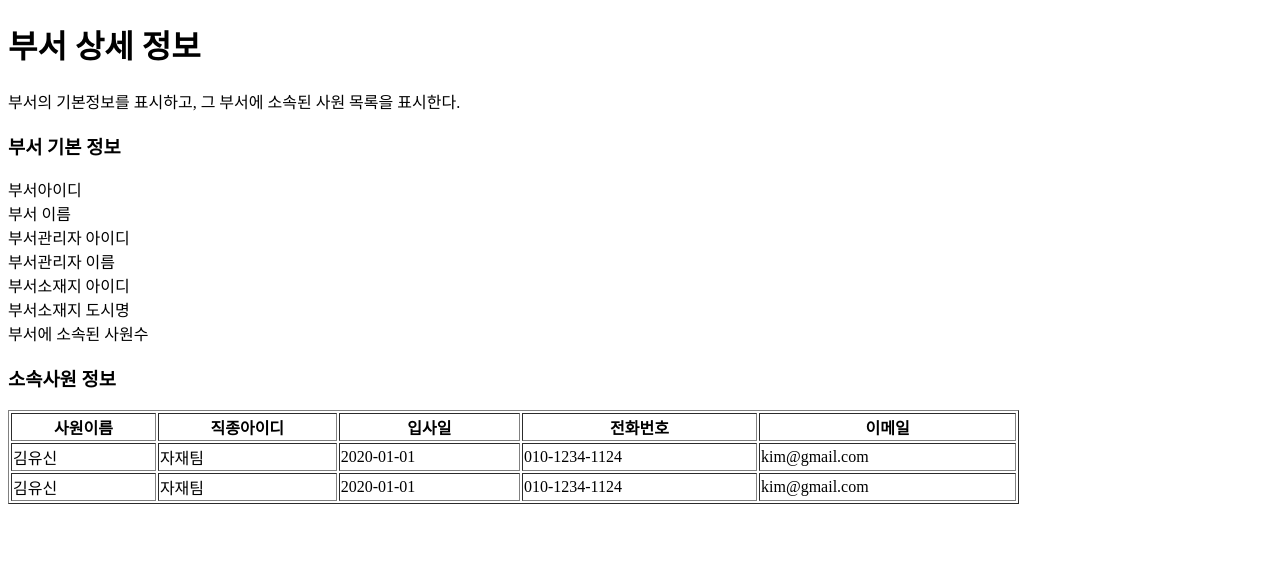
Repository: onuo77/HTA
Page: http://localhost/sample/hr/dept/detail.jsp
An editor plug-in stored every save of this project. The page is shown before and after the next save, followed by the edit.
The browser window is 1280 px wide. The pictures show the whole page.
The page is served by Tomcat 9. Other server files are loaded and not shown.

Above is the page before, as saved 2021-05-21 00:49:23.

### java-web/sample/src/main/webapp/hr/dept/detail.jsp
<%@ page language="java" contentType="text/html; charset=UTF-8"
    pageEncoding="UTF-8"%>
<!DOCTYPE html>
<html>
<head>
<meta charset="UTF-8">
<title>인사관리 :: 부서관리</title>
</head>
<body>
	<h1>부서 상세 정보</h1>
	<p>
		부서의 기본정보를 표시하고, 그 부서에 소속된 사원 목록을 표시한다.
	</p>

	<h3>부서 기본 정보</h3>
	<dl>
		<dt>부서아이디</dt><dd></dd>
		<dt>부서 이름</dt><dd></dd>
		<dt>부서관리자 아이디</dt><dd></dd>
		<dt>부서관리자 이름</dt><dd></dd>
		<dt>부서소재지 아이디</dt><dd></dd>
		<dt>부서소재지 도시명</dt><dd></dd>
		<dt>부서에 소속된 사원수</dt><dd></dd>
	</dl>

	<h3>소속사원 정보</h3>
	<table border="1" style="width: 80%">
		<thead>
			<tr>
				<th>사원이름</th>
				<th>직종아이디</th>
				<th>입사일</th>
				<th>전화번호</th>
				<th>이메일</th>
			</tr>
		</thead>
		<tbody>
			<tr>
				<td>김유신</td>
				<td>자재팀</td>
				<td>2020-01-01</td>
				<td>010-1234-1124</td>
				<td>kim@gmail.com</td>
			</tr>
			<tr>
				<td>김유신</td>
				<td>자재팀</td>
				<td>2020-01-01</td>
				<td>010-1234-1124</td>
				<td>kim@gmail.com</td>
			</tr>
		</tbody>
	</table>
</body>
</html>

After the next save:
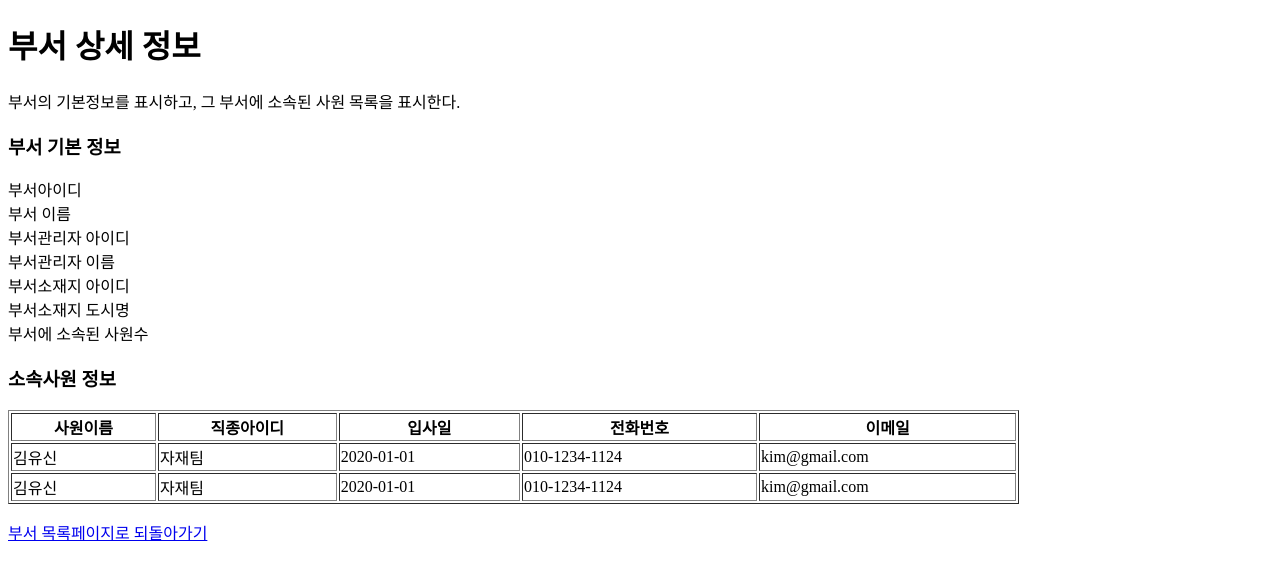
Saved 15 min 43 s later.
--- a/java-web/sample/src/main/webapp/hr/dept/detail.jsp
+++ b/java-web/sample/src/main/webapp/hr/dept/detail.jsp
@@ -51,5 +51,7 @@
 			</tr>
 		</tbody>
 	</table>
+
+	<p><a href="list.jsp">부서 목록페이지로 되돌아가기</p></p>
 </body>
 </html>
